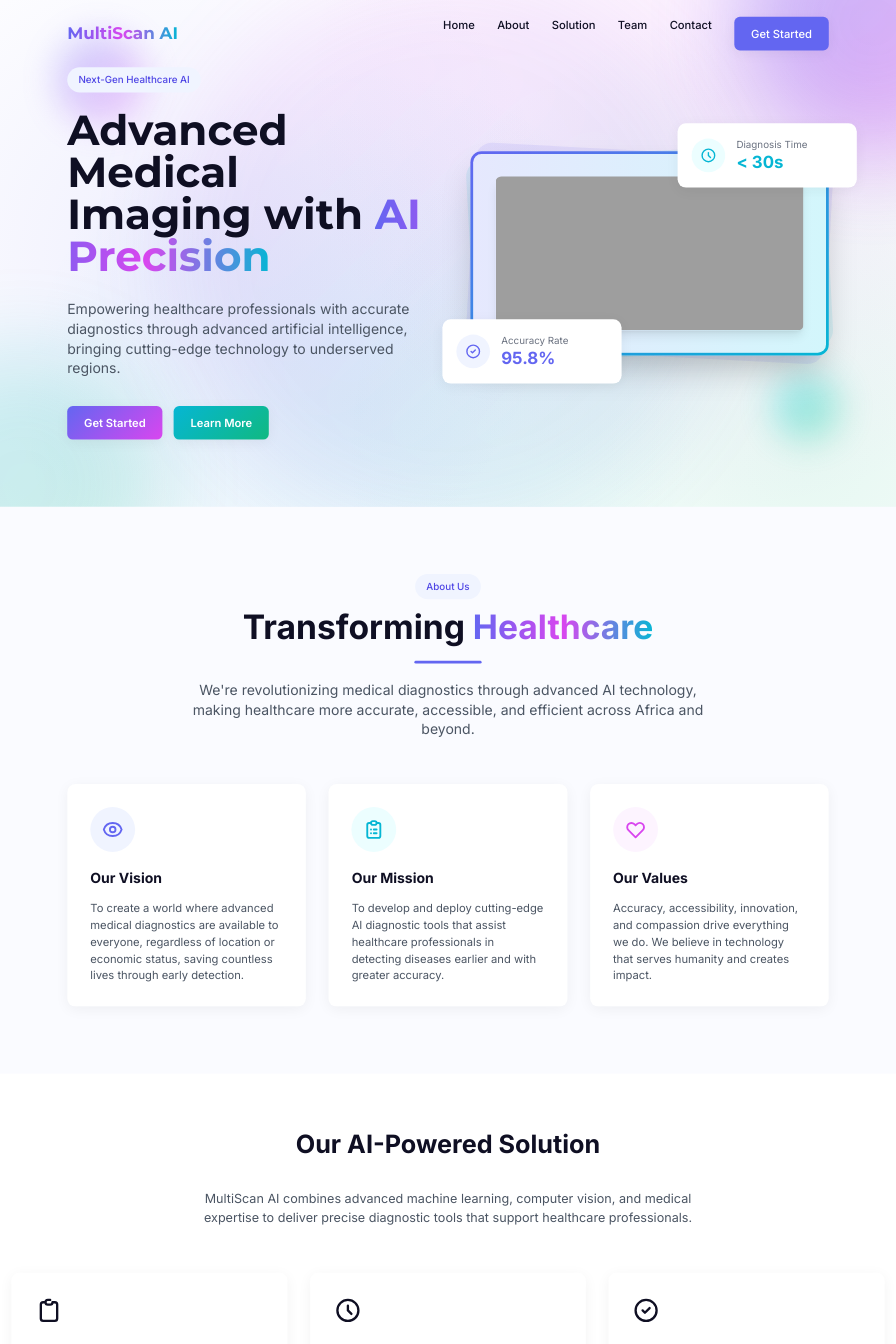
Repository: MultiScan-AI/multiscan-ai.github.io
Page: /
These files come from the project's save history. The page is drawn as it stood at one moment and after the next save; the edit follows.
The browser window is 1280 px wide. The pictures show the part of the page from y = 0 to 1920 px (the page is 4603 px tall), at 70% of full size.
Pictures or frames that could not be fetched are drawn as grey boxes. The project was rebuilt for these pictures with package versions that can differ from the ones it lists, and the page was loaded fresh each time. Also part of the build but not shown: vite.config.js, src/App.css.

Above is the page before, as saved 2025-07-01 18:35:25.

### src/App.jsx
import React from 'react';
import './App.css';
import Navbar from './components/Navbar';
import Hero from './components/Hero';
import About from './components/About';
import Features from './components/Features';
import Team from './components/Team';
import Contact from './components/Contact';
import Footer from './components/Footer';

function App() {
  return (
    <div className="min-h-screen bg-white dark:bg-dark">
      <Navbar />
      <Hero />
      <About />
      <Features />
      <Team />
      <Contact />
      <Footer />
    </div>
  );
}

export default App;

### src/index.css
@import url('https://fonts.googleapis.com/css2?family=Inter:wght@300;400;500;600;700&family=Montserrat:wght@400;500;600;700;800&display=swap');

@tailwind base;
@tailwind components;
@tailwind utilities;

@layer base {
  :root {
    font-synthesis: none;
    text-rendering: optimizeLegibility;
    -webkit-font-smoothing: antialiased;
    -moz-osx-font-smoothing: grayscale;
  }

  body {
    @apply bg-light text-dark dark:bg-dark dark:text-light;
  }
}

@layer components {
  .btn {
    @apply px-6 py-3 rounded-lg font-medium transition-all duration-300 ease-in-out shadow-soft hover:shadow-hover;
  }

  .btn-primary {
    @apply bg-primary-500 text-white hover:bg-primary-600;
  }

  .btn-secondary {
    @apply bg-secondary-500 text-white hover:bg-secondary-600;
  }

  .btn-accent {
    @apply bg-accent-500 text-dark hover:bg-accent-600;
  }

  .btn-outline {
    @apply bg-transparent border-2 border-primary-500 text-primary-500 hover:bg-primary-50 hover:text-primary-600;
  }

  .section {
    @apply py-24 px-4 md:px-8 lg:px-16;
  }

  .container-custom {
    @apply max-w-6xl mx-auto px-4 sm:px-6 lg:px-8;
  }

  .card {
    @apply bg-white dark:bg-dark/80 rounded-xl shadow-soft p-8 transition-all duration-300 hover:shadow-hover;
  }

  .heading-gradient {
    @apply bg-gradient-to-r from-primary-500 via-accent-500 to-secondary-500 text-transparent bg-clip-text;
  }

  .heading-gradient-alt {
    @apply bg-gradient-to-r from-secondary-500 via-tertiary-500 to-primary-500 text-transparent bg-clip-text;
  }

  .gradient-primary {
    @apply bg-gradient-to-br from-primary-500 to-primary-700;
  }

  .gradient-secondary {
    @apply bg-gradient-to-br from-secondary-500 to-secondary-700;
  }

  .gradient-accent {
    @apply bg-gradient-to-br from-accent-500 to-accent-700;
  }

  .gradient-tertiary {
    @apply bg-gradient-to-br from-tertiary-500 to-tertiary-700;
  }

  .gradient-hero {
    background: linear-gradient(135deg, #6366f1 0%, #d946ef 25%, #06b6d4 50%, #10b981 75%, #6366f1 100%);
    background-size: 400% 400%;
    animation: gradientShift 8s ease infinite;
  }

  .gradient-card {
    background: linear-gradient(145deg, rgba(99, 102, 241, 0.1) 0%, rgba(217, 70, 239, 0.1) 50%, rgba(6, 182, 212, 0.1) 100%);
  }

  .gradient-border {
    background: linear-gradient(45deg, #6366f1, #d946ef, #06b6d4, #10b981);
    background-size: 400% 400%;
    animation: gradientShift 6s ease infinite;
  }

  .gradient-glow {
    box-shadow: 0 0 30px rgba(99, 102, 241, 0.3), 0 0 60px rgba(217, 70, 239, 0.2), 0 0 90px rgba(6, 182, 212, 0.1);
  }

  .section-title {
    @apply text-3xl md:text-4xl lg:text-5xl font-bold mb-4;
  }

  .section-subtitle {
    @apply text-lg md:text-xl text-gray-600 dark:text-gray-300 max-w-3xl mx-auto;
  }

  .divider {
    @apply h-1 w-24 bg-primary-500 rounded-full my-6;
  }
}

/* Gradient Animations */
@keyframes gradientShift {
  0% {
    background-position: 0% 50%;
  }
  50% {
    background-position: 100% 50%;
  }
  100% {
    background-position: 0% 50%;
  }
}

@keyframes gradientPulse {
  0%, 100% {
    opacity: 1;
  }
  50% {
    opacity: 0.8;
  }
}

@keyframes float {
  0%, 100% {
    transform: translateY(0px);
  }
  50% {
    transform: translateY(-20px);
  }
}

/* Modern patterns and designs */
.pattern-dots {
  background-image: radial-gradient(rgba(99, 102, 241, 0.15) 1px, transparent 1px);
  background-size: 20px 20px;
}

.pattern-grid {
  background-image:
    linear-gradient(to right, rgba(99, 102, 241, 0.08) 1px, transparent 1px),
    linear-gradient(to bottom, rgba(6, 182, 212, 0.08) 1px, transparent 1px);
  background-size: 24px 24px;
}

.pattern-mesh {
  background: radial-gradient(circle at 20% 50%, rgba(99, 102, 241, 0.1) 0%, transparent 50%),
              radial-gradient(circle at 80% 20%, rgba(217, 70, 239, 0.1) 0%, transparent 50%),
              radial-gradient(circle at 40% 80%, rgba(6, 182, 212, 0.1) 0%, transparent 50%),
              radial-gradient(circle at 90% 90%, rgba(16, 185, 129, 0.1) 0%, transparent 50%);
}

.glass-effect {
  @apply bg-white/70 dark:bg-dark/70 backdrop-blur-md;
}

.glass-gradient {
  background: linear-gradient(135deg, rgba(255, 255, 255, 0.1) 0%, rgba(255, 255, 255, 0.05) 100%);
  backdrop-filter: blur(10px);
  border: 1px solid rgba(255, 255, 255, 0.2);
}

.btn-gradient {
  background: linear-gradient(135deg, #6366f1 0%, #d946ef 100%);
  transition: all 0.3s ease;
}

.btn-gradient:hover {
  background: linear-gradient(135deg, #4f46e5 0%, #c026d3 100%);
  transform: translateY(-2px);
  box-shadow: 0 10px 25px rgba(99, 102, 241, 0.3);
}

.btn-gradient-secondary {
  background: linear-gradient(135deg, #06b6d4 0%, #10b981 100%);
}

.btn-gradient-secondary:hover {
  background: linear-gradient(135deg, #0891b2 0%, #059669 100%);
  transform: translateY(-2px);
  box-shadow: 0 10px 25px rgba(6, 182, 212, 0.3);
}

### src/components/Navbar.jsx
import { useState, useEffect } from 'react';
import { motion, AnimatePresence } from 'framer-motion';
import { FiMenu, FiX } from 'react-icons/fi';

const Navbar = () => {
  const [isOpen, setIsOpen] = useState(false);
  const [scrolled, setScrolled] = useState(false);

  useEffect(() => {
    const handleScroll = () => {
      const offset = window.scrollY;
      if (offset > 50) {
        setScrolled(true);
      } else {
        setScrolled(false);
      }
    };

    window.addEventListener('scroll', handleScroll);
    return () => {
      window.removeEventListener('scroll', handleScroll);
    };
  }, []);

  const navLinks = [
    { name: 'Home', href: '#home' },
    { name: 'About', href: '#about' },
    { name: 'Solution', href: '#solution' },
    { name: 'Team', href: '#team' },
    { name: 'Contact', href: '#contact' },
  ];

  return (
    <nav
      className={`fixed w-full z-50 transition-all duration-300 ${
        scrolled
          ? 'glass-effect shadow-soft py-3'
          : 'bg-transparent py-6'
      }`}
    >
      <div className="container-custom flex justify-between items-center">
        {/* Logo */}
        <motion.div
          initial={{ opacity: 0, x: -20 }}
          animate={{ opacity: 1, x: 0 }}
          transition={{ duration: 0.5 }}
          className="flex items-center"
        >
          <span className="text-2xl font-display font-bold heading-gradient">
            MultiScan AI
          </span>
        </motion.div>

        {/* Desktop Navigation */}
        <div className="hidden md:flex space-x-8">
          {navLinks.map((link, index) => (
            <motion.a
              key={link.name}
              href={link.href}
              initial={{ opacity: 0, y: -10 }}
              animate={{ opacity: 1, y: 0 }}
              transition={{ duration: 0.3, delay: index * 0.1 }}
              className="font-medium text-dark dark:text-light hover:text-primary-500 transition-colors"
            >
              {link.name}
            </motion.a>
          ))}
          <motion.button
            initial={{ opacity: 0, scale: 0.9 }}
            animate={{ opacity: 1, scale: 1 }}
            transition={{ duration: 0.3, delay: 0.6 }}
            className="btn btn-primary"
          >
            Get Started
          </motion.button>
        </div>

        {/* Mobile Menu Button */}
        <div className="md:hidden">
          <button
            onClick={() => setIsOpen(!isOpen)}
            className="text-2xl focus:outline-none"
          >
            {isOpen ? <FiX /> : <FiMenu />}
          </button>
        </div>
      </div>

      {/* Mobile Menu */}
      <AnimatePresence>
        {isOpen && (
          <motion.div
            initial={{ opacity: 0, height: 0 }}
            animate={{ opacity: 1, height: 'auto' }}
            exit={{ opacity: 0, height: 0 }}
            transition={{ duration: 0.3 }}
            className="md:hidden glass-effect shadow-soft"
          >
            <div className="container-custom py-6 flex flex-col space-y-6">
              {navLinks.map((link) => (
                <a
                  key={link.name}
                  href={link.href}
                  onClick={() => setIsOpen(false)}
                  className="font-medium py-2 hover:text-primary-500 transition-colors"
                >
                  {link.name}
                </a>
              ))}
              <button className="btn btn-primary self-start">
                Get Started
              </button>
            </div>
          </motion.div>
        )}
      </AnimatePresence>
    </nav>
  );
};

export default Navbar;

### src/components/About.jsx
import React from 'react';
import { motion } from 'framer-motion';

const About = () => {
  return (
    <section id="about" className="section bg-light dark:bg-dark">
      <div className="container-custom">
        <div className="max-w-4xl mx-auto text-center mb-16">
          <motion.span
            initial={{ opacity: 0, y: 20 }}
            whileInView={{ opacity: 1, y: 0 }}
            transition={{ duration: 0.5 }}
            viewport={{ once: true }}
            className="px-4 py-2 rounded-full bg-primary-50 text-primary-600 font-medium text-sm inline-block mb-4"
          >
            About Us
          </motion.span>

          <motion.h2
            initial={{ opacity: 0, y: 20 }}
            whileInView={{ opacity: 1, y: 0 }}
            transition={{ duration: 0.5, delay: 0.1 }}
            viewport={{ once: true }}
            className="section-title"
          >
            Transforming <span className="heading-gradient">Healthcare</span>
          </motion.h2>

          <motion.div
            initial={{ opacity: 0, y: 20 }}
            whileInView={{ opacity: 1, y: 0 }}
            transition={{ duration: 0.5, delay: 0.2 }}
            viewport={{ once: true }}
            className="mx-auto"
          >
            <div className="divider mx-auto"></div>
          </motion.div>

          <motion.p
            initial={{ opacity: 0, y: 20 }}
            whileInView={{ opacity: 1, y: 0 }}
            transition={{ duration: 0.5, delay: 0.3 }}
            viewport={{ once: true }}
            className="section-subtitle"
          >
            We're revolutionizing medical diagnostics through advanced AI technology, making healthcare more accurate, accessible, and efficient across Africa and beyond.
          </motion.p>
        </div>

        <div className="grid grid-cols-1 md:grid-cols-3 gap-8">
          {/* Vision */}
          <motion.div
            initial={{ opacity: 0, y: 30 }}
            whileInView={{ opacity: 1, y: 0 }}
            transition={{ duration: 0.5 }}
            viewport={{ once: true }}
            className="card hover:border-primary-500 hover:border border-transparent border"
          >
            <div className="bg-primary-50 dark:bg-primary-900/20 p-4 rounded-full w-16 h-16 flex items-center justify-center mb-6">
              <svg xmlns="http://www.w3.org/2000/svg" className="h-8 w-8 text-primary-500" fill="none" viewBox="0 0 24 24" stroke="currentColor">
                <path strokeLinecap="round" strokeLinejoin="round" strokeWidth={2} d="M15 12a3 3 0 11-6 0 3 3 0 016 0z" />
                <path strokeLinecap="round" strokeLinejoin="round" strokeWidth={2} d="M2.458 12C3.732 7.943 7.523 5 12 5c4.478 0 8.268 2.943 9.542 7-1.274 4.057-5.064 7-9.542 7-4.477 0-8.268-2.943-9.542-7z" />
              </svg>
            </div>
            <h3 className="text-xl font-bold mb-4">Our Vision</h3>
            <p className="text-gray-600 dark:text-gray-300">
              To create a world where advanced medical diagnostics are available to everyone, regardless of location or economic status, saving countless lives through early detection.
            </p>
          </motion.div>

          {/* Mission */}
          <motion.div
            initial={{ opacity: 0, y: 30 }}
            whileInView={{ opacity: 1, y: 0 }}
            transition={{ duration: 0.5, delay: 0.2 }}
            viewport={{ once: true }}
            className="card hover:border-secondary-500 hover:border border-transparent border"
          >
            <div className="bg-secondary-50 dark:bg-secondary-900/20 p-4 rounded-full w-16 h-16 flex items-center justify-center mb-6">
              <svg xmlns="http://www.w3.org/2000/svg" className="h-8 w-8 text-secondary-500" fill="none" viewBox="0 0 24 24" stroke="currentColor">
                <path strokeLinecap="round" strokeLinejoin="round" strokeWidth={2} d="M9 5H7a2 2 0 00-2 2v12a2 2 0 002 2h10a2 2 0 002-2V7a2 2 0 00-2-2h-2M9 5a2 2 0 002 2h2a2 2 0 002-2M9 5a2 2 0 012-2h2a2 2 0 012 2m-3 7h3m-3 4h3m-6-4h.01M9 16h.01" />
              </svg>
            </div>
            <h3 className="text-xl font-bold mb-4">Our Mission</h3>
            <p className="text-gray-600 dark:text-gray-300">
              To develop and deploy cutting-edge AI diagnostic tools that assist healthcare professionals in detecting diseases earlier and with greater accuracy.
            </p>
          </motion.div>

          {/* Values */}
          <motion.div
            initial={{ opacity: 0, y: 30 }}
            whileInView={{ opacity: 1, y: 0 }}
            transition={{ duration: 0.5, delay: 0.4 }}
            viewport={{ once: true }}
            className="card hover:border-accent-500 hover:border border-transparent border"
          >
            <div className="bg-accent-50 dark:bg-accent-900/20 p-4 rounded-full w-16 h-16 flex items-center justify-center mb-6">
              <svg xmlns="http://www.w3.org/2000/svg" className="h-8 w-8 text-accent-500" fill="none" viewBox="0 0 24 24" stroke="currentColor">
                <path strokeLinecap="round" strokeLinejoin="round" strokeWidth={2} d="M4.318 6.318a4.5 4.5 0 000 6.364L12 20.364l7.682-7.682a4.5 4.5 0 00-6.364-6.364L12 7.636l-1.318-1.318a4.5 4.5 0 00-6.364 0z" />
              </svg>
            </div>
            <h3 className="text-xl font-bold mb-4">Our Values</h3>
            <p className="text-gray-600 dark:text-gray-300">
              Accuracy, accessibility, innovation, and compassion drive everything we do. We believe in technology that serves humanity and creates impact.
            </p>
          </motion.div>
        </div>
      </div>
    </section>
  );
};

export default About;

### src/components/Features.jsx
import React from 'react';
import { motion } from 'framer-motion';

const Features = () => {
  const features = [
    {
      title: "Multi-Disease Detection",
      description: "Our AI algorithms can detect multiple diseases from various medical images including X-rays, CT scans, MRIs, and ultrasounds.",
      icon: (
        <svg xmlns="http://www.w3.org/2000/svg" className="h-10 w-10" fill="none" viewBox="0 0 24 24" stroke="currentColor">
          <path strokeLinecap="round" strokeLinejoin="round" strokeWidth={2} d="M9 5H7a2 2 0 00-2 2v12a2 2 0 002 2h10a2 2 0 002-2V7a2 2 0 00-2-2h-2M9 5a2 2 0 002 2h2a2 2 0 002-2M9 5a2 2 0 012-2h2a2 0 012 2" />
        </svg>
      )
    },
    {
      title: "Real-time Analysis",
      description: "Get results in seconds, not days. Our system processes medical images in real-time, providing immediate insights for faster clinical decision-making.",
      icon: (
        <svg xmlns="http://www.w3.org/2000/svg" className="h-10 w-10" fill="none" viewBox="0 0 24 24" stroke="currentColor">
          <path strokeLinecap="round" strokeLinejoin="round" strokeWidth={2} d="M12 8v4l3 3m6-3a9 9 0 11-18 0 9 9 0 0118 0z" />
        </svg>
      )
    },
    {
      title: "High Accuracy",
      description: "Our models achieve over 95% accuracy in disease detection, matching or exceeding the performance of experienced radiologists in many cases.",
      icon: (
        <svg xmlns="http://www.w3.org/2000/svg" className="h-10 w-10" fill="none" viewBox="0 0 24 24" stroke="currentColor">
          <path strokeLinecap="round" strokeLinejoin="round" strokeWidth={2} d="M9 12l2 2 4-4m6 2a9 9 0 11-18 0 9 9 0 0118 0z" />
        </svg>
      )
    },
    {
      title: "Offline Capability",
      description: "Our system can work offline in areas with limited connectivity, bringing advanced diagnostics to remote and underserved regions.",
      icon: (
        <svg xmlns="http://www.w3.org/2000/svg" className="h-10 w-10" fill="none" viewBox="0 0 24 24" stroke="currentColor">
          <path strokeLinecap="round" strokeLinejoin="round" strokeWidth={2} d="M3.055 11H5a2 2 0 012 2v1a2 2 0 002 2 2 2 0 012 2v2.945M8 3.935V5.5A2.5 2.5 0 0010.5 8h.5a2 2 0 012 2 2 2 0 104 0 2 2 0 012-2h1.064M15 20.488V18a2 2 0 012-2h3.064M21 12a9 9 0 11-18 0 9 9 0 0118 0z" />
        </svg>
      )
    },
    {
      title: "Continuous Learning",
      description: "Our AI models improve over time by learning from new data, adapting to diverse populations and emerging disease patterns.",
      icon: (
        <svg xmlns="http://www.w3.org/2000/svg" className="h-10 w-10" fill="none" viewBox="0 0 24 24" stroke="currentColor">
          <path strokeLinecap="round" strokeLinejoin="round" strokeWidth={2} d="M19.428 15.428a2 2 0 00-1.022-.547l-2.387-.477a6 6 0 00-3.86.517l-.318.158a6 6 0 01-3.86.517L6.05 15.21a2 2 0 00-1.806.547M8 4h8l-1 1v5.172a2 2 0 00.586 1.414l5 5c1.26 1.26.367 3.414-1.415 3.414H4.828c-1.782 0-2.674-2.154-1.414-3.414l5-5A2 2 0 009 10.172V5L8 4z" />
        </svg>
      )
    },
    {
      title: "Secure & Compliant",
      description: "Built with privacy by design, our platform ensures patient data security and complies with international healthcare regulations.",
      icon: (
        <svg xmlns="http://www.w3.org/2000/svg" className="h-10 w-10" fill="none" viewBox="0 0 24 24" stroke="currentColor">
          <path strokeLinecap="round" strokeLinejoin="round" strokeWidth={2} d="M12 15v2m-6 4h12a2 2 0 002-2v-6a2 2 0 00-2-2H6a2 2 0 00-2 2v6a2 2 0 002 2zm10-10V7a4 4 0 00-8 0v4h8z" />
        </svg>
      )
    }
  ];

  return (
    <section id="solution" className="py-20 bg-white dark:bg-gray-900">
      <div className="container mx-auto px-4">
        <motion.div
          initial={{ opacity: 0, y: 20 }}
          whileInView={{ opacity: 1, y: 0 }}
          transition={{ duration: 0.5 }}
          viewport={{ once: true }}
          className="text-center max-w-3xl mx-auto mb-16"
        >
          <h2 className="text-3xl md:text-4xl font-bold mb-4">Our AI-Powered Solution</h2>
          <div className="h-1 w-20 bg-primary mx-auto mb-6"></div>
          <p className="text-lg text-gray-600 dark:text-gray-300">
            MultiScan AI combines advanced machine learning, computer vision, and medical expertise to deliver precise diagnostic tools that support healthcare professionals.
          </p>
        </motion.div>

        <div className="grid grid-cols-1 md:grid-cols-2 lg:grid-cols-3 gap-8">
          {features.map((feature, index) => (
            <motion.div
              key={index}
              initial={{ opacity: 0, y: 30 }}
              whileInView={{ opacity: 1, y: 0 }}
              transition={{ duration: 0.5, delay: index * 0.1 }}
              viewport={{ once: true }}
              className="card hover:border-primary hover:border-2 border-transparent border-2"
            >
              <div className="mb-6 text-primary">
                {feature.icon}
              </div>
              <h3 className="text-xl font-bold mb-3">{feature.title}</h3>
              <p className="text-gray-600 dark:text-gray-300">{feature.description}</p>
            </motion.div>
          ))}
        </div>
      </div>
    </section>
  );
};

export default Features;

Loaded but not shown: index.html (common file); src/main.jsx (common file); tailwind.config.js (89 lines, source omitted); src/components/Contact.jsx (133 lines, source omitted); src/components/Hero.jsx (133 lines, source omitted); src/components/Team.jsx (92 lines, source omitted); src/components/Footer.jsx (93 lines, source omitted)

After the next save:
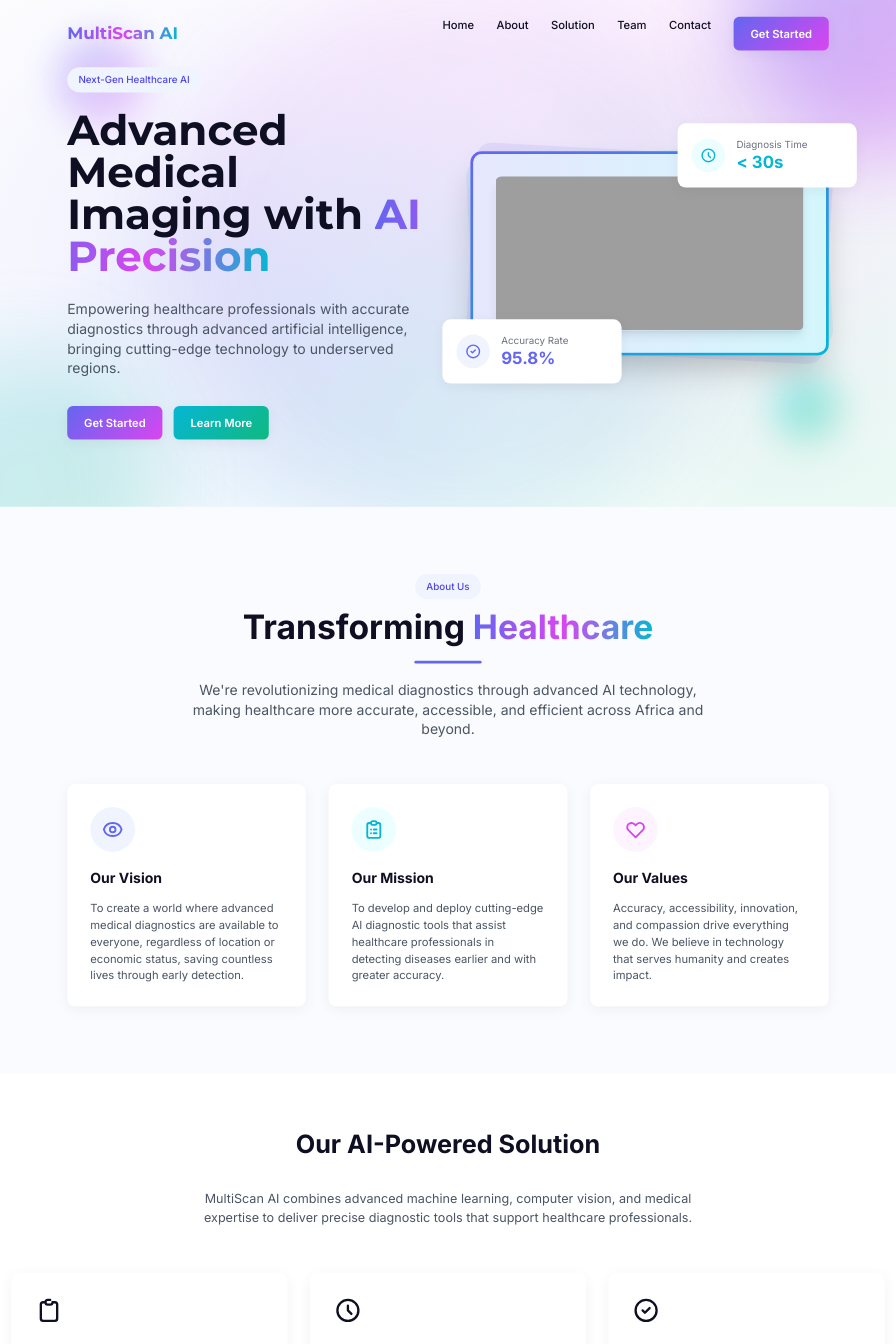
Saved 14 s later.
--- a/src/components/Navbar.jsx
+++ b/src/components/Navbar.jsx
@@ -69,7 +69,7 @@
             initial={{ opacity: 0, scale: 0.9 }}
             animate={{ opacity: 1, scale: 1 }}
             transition={{ duration: 0.3, delay: 0.6 }}
-            className="btn btn-primary"
+            className="btn btn-gradient text-white font-semibold"
           >
             Get Started
           </motion.button>
